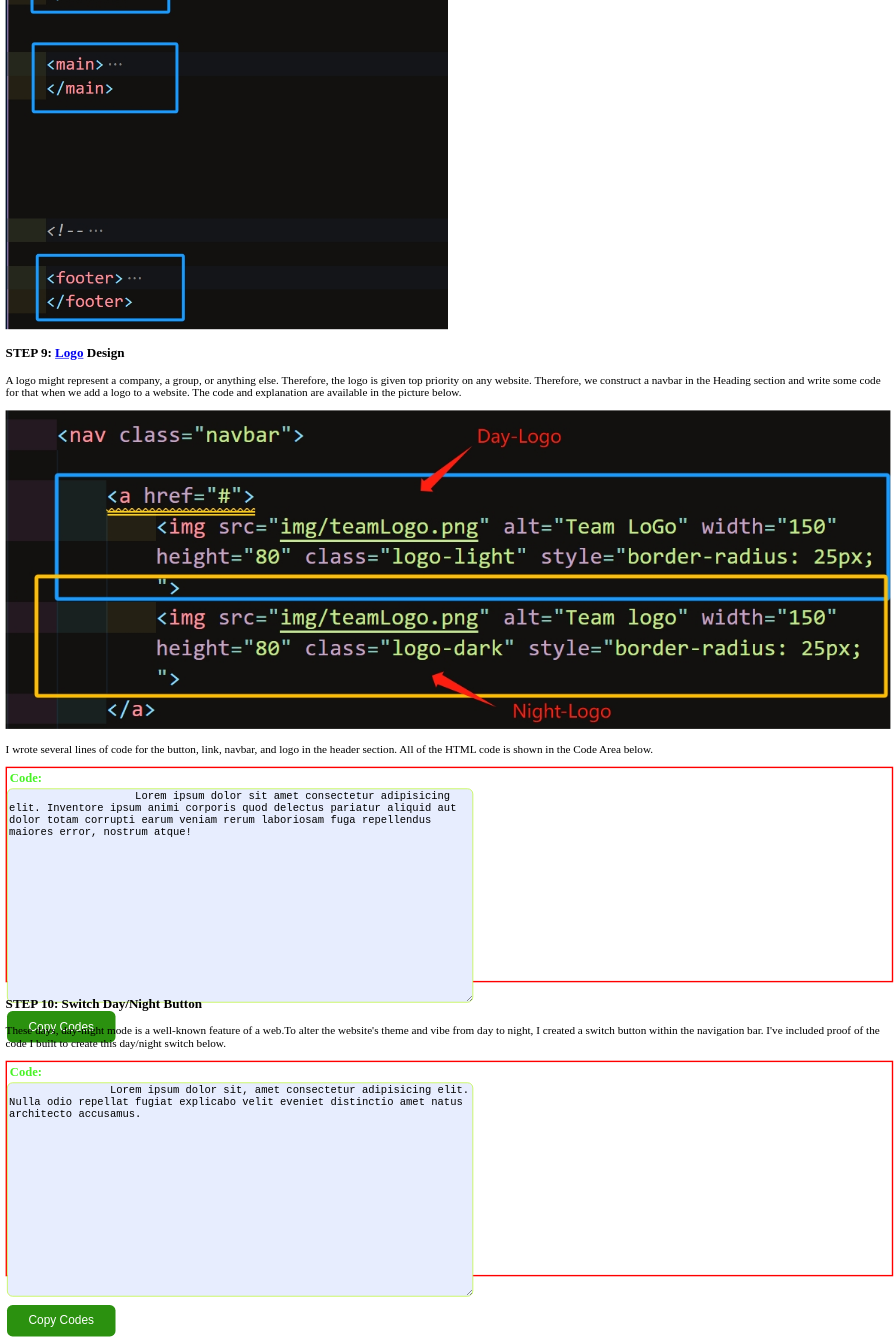
Repository: NexMaker-Fab/2023zjudem-INNOGENIUSES
Page: build web/page.html
An editor plug-in stored every save of this project. The page is shown before and after the next save, followed by the edit.
The browser window is 1280 px wide. The pictures show the part of the page from y = 2595 to 4515 px (the page is 4513 px tall before and 4515 px after), at 70% of full size.

Above is the page before, as saved 2023-11-27 20:15:39.

### build web/page.html
<!DOCTYPE html>
<html lang="en">

<head>
    <meta charset="UTF-8">
    <meta name="viewport" content="width=device-width, initial-scale=1.0">
    <title>How to Build Website</title>
    <link rel="stylesheet" href="page.css">
</head>

<body>
    <h3>STEP 4: Live Server Extension</h3>
    <p>Go to visual studio extention secsion, search live server and click install it. This extesion help to observe new change on your webpage when you change something in your code. You can see the exension installation image below:
    </p>
    <img src="img/Live Server.png" alt="description photo" style="width:100%; height: fit-content;">

    <h2 style="font-weight: bolder;">How to write the website document</h2>

    <h3>STEP 5: Make folder and file for writing code to build a website</h3>
    <p>Open VS Code and open clone repository folder. Create a html file, a css file & a JS file. Create a folder for image resources. After that go to the html file which is named index.html and write some basic html documents. You can see all the step
        in snapshot below:
    </p>
    <img src="img/bw1.png" alt="description photo" style="width:100%; height: fit-content;">
    <p>
        Here, I've included links to my external CSS file, a few fonts link, and bootstrap. That will assist me in designing and improving the appearance of my webpage.
    </p>

    <h3>STEP 6: Store Resources in img folder</h3>
    <p>To build a website we need some basic resources, such as logo, favicon, bg-picture, banner, etc. I have to gather all the resources in that folder as You can see all the step in snapshot below:
    </p>
    <img src="img/bw2.png" alt="description photo" style="width:50%; height: 100%;">

    <h3>STEP 7: Title and Title logo</h3>
    <p>An HTML document consists of two primary sections. Head and Body. The title of my website, some meta data, and the title logo—also referred to as a favicon by programmers—can all be written in the Head section. I demonstrate how to write a title and
        put a title logo underneath this image.
    </p>
    <img src="img/bw3.png" alt="description photo" style="width:100%; height: fit-content;">
    <p>
        favicon is a format that can help us put logo in title bar as you can see in the photo. Below of this page you can get how to make a <a href="#logoCreate">Logo</a> free.
    </p>
    <img src="img/title logo.png" alt="description photo" style="width:100%; height: 100%;">
    <h3>STEP 8: Divided and write document for webpage</h3>
    <p>In a Body of the HTML document consists of three primary sections. Header-Main-Footer. I wrote 3 tag and make workspaces for build my webpage step by step. I demonstrate about this tag underneath this image.
    </p>
    <img src="img/bw4.png" alt="description photo" style="width:50%; height:fit-content;">
    <h3>STEP 9: <a href="#BuildLogo">Logo</a> Design</h3>
    <p>A logo might represent a company, a group, or anything else. Therefore, the logo is given top priority on any website. Therefore, we construct a navbar in the Heading section and write some code for that when we add a logo to a website. The code and
        explanation are available in the picture below.
    </p>
    <img src="img/bw5.png" alt="description photo" style="width:100%; height:fit-content;">
    <p>I wrote several lines of code for the button, link, navbar, and logo in the header section. All of the HTML code is shown in the Code Area below.</p>
    <div class="code-boxes">
        <div class="code-box codeBox">
            <div class="topic">Code:</div>
            <textarea id="codeBox" readonly>
                    Lorem ipsum dolor sit amet consectetur adipisicing elit. Inventore ipsum animi corporis quod delectus pariatur aliquid aut dolor totam corrupti earum veniam rerum laboriosam fuga repellendus maiores error, nostrum atque!
            </textarea>
            <button id="codeButton">Copy Codes</button>
        </div>
    </div>
    <h3>STEP 10: Switch Day/Night Button</h3>
    <p>These days, day-night mode is a well-known feature of a web.To alter the website's theme and vibe from day to night, I created a switch button within the navigation bar. I've included proof of the code I built to create this day/night switch below.
    </p>
    <div class="code-boxes">
        <div class="code-box codeBox">
            <div class="topic">Code:</div>
            <textarea id="codeBox" readonly>
                Lorem ipsum dolor sit, amet consectetur adipisicing elit. Nulla odio repellat fugiat explicabo velit eveniet distinctio amet natus architecto accusamus.
            </textarea>
            <button id="codeButton">Copy Codes</button>
        </div>
    </div>
</body>

</html>

### build web/page.css
.code-boxes {
    height: 100%;
    width: 100%;
    border: 2px solid red;
}

.code-boxes .code-box {
    height: 300px;
    max-width: 660px;
    width: 100%;
}

.code-boxes .code-box .topic {
    font-size: 18px;
    font-weight: 600;
    color: rgb(72, 242, 38);
    margin: 4px;
}

.code-boxes .code-box textarea {
    height: 100%;
    width: 100%;
    font-size: 15px;
    font-weight: 400;
    outline: none;
    border: 1px solid #bcf732;
    border-radius: 8px;
    background: #e7edfe;
}

.code-box textarea::-webkit-scrollbar {
    display: none;
}

.code-boxes .code-box button {
    height: 45px;
    width: 155px;
    color: #fff;
    background: #2b910f;
    outline: none;
    border: none;
    border-radius: 8px;
    font-size: 17px;
    font-weight: 400;
    margin: 8px 0;
    cursor: pointer;
    transition: all 0.4s ease;
}

.code-boxes .code-box button:hover {
    background: #8a0606;
}

@media (max-width: 400px) {
    .code-boxes .code-box button {
        width: 100%;
    }
}

After the next save:
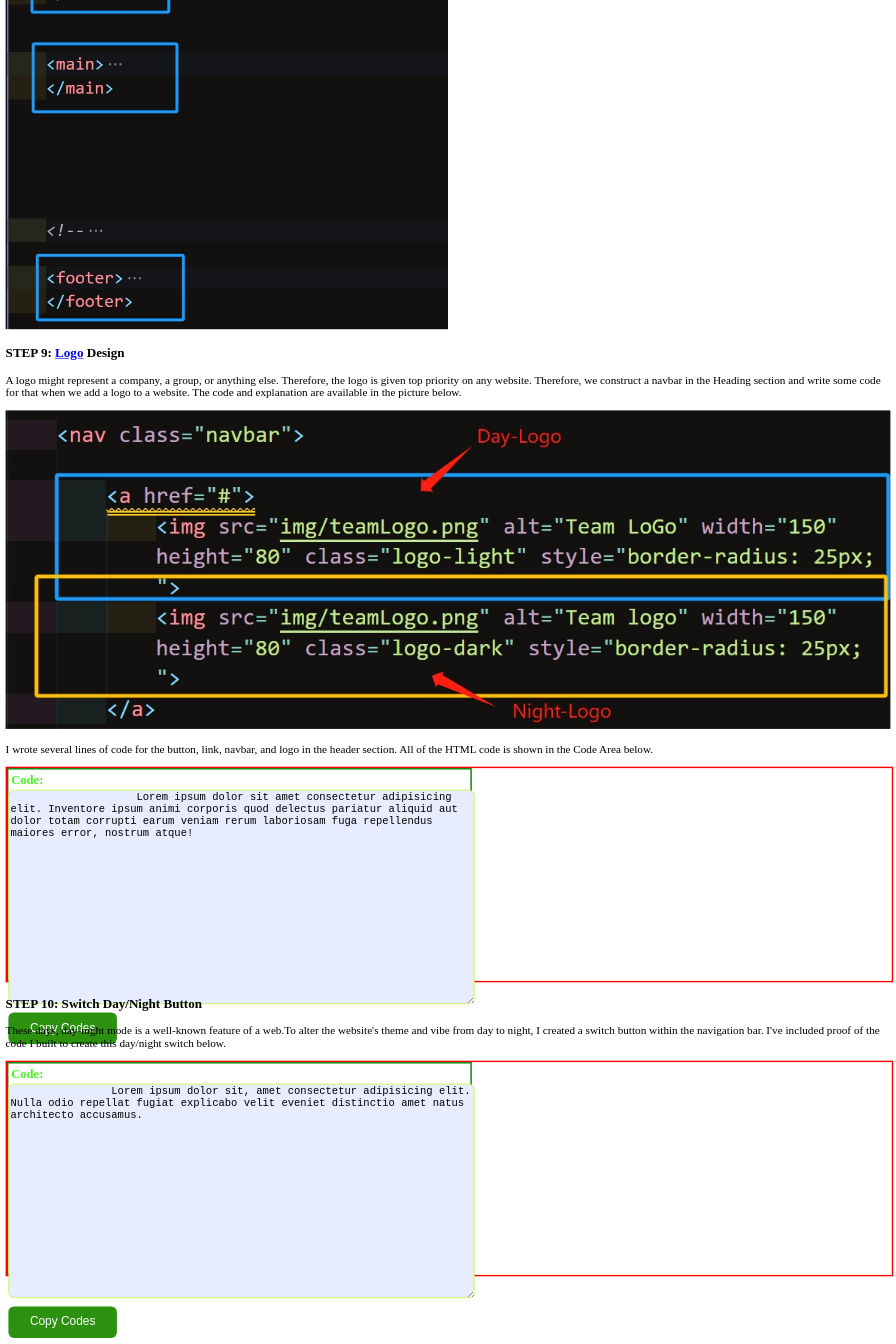
Saved 11 s later.
--- a/build web/page.css
+++ b/build web/page.css
@@ -8,6 +8,7 @@
     height: 300px;
     max-width: 660px;
     width: 100%;
+    border: 2px solid green;
 }
 
 .code-boxes .code-box .topic {
